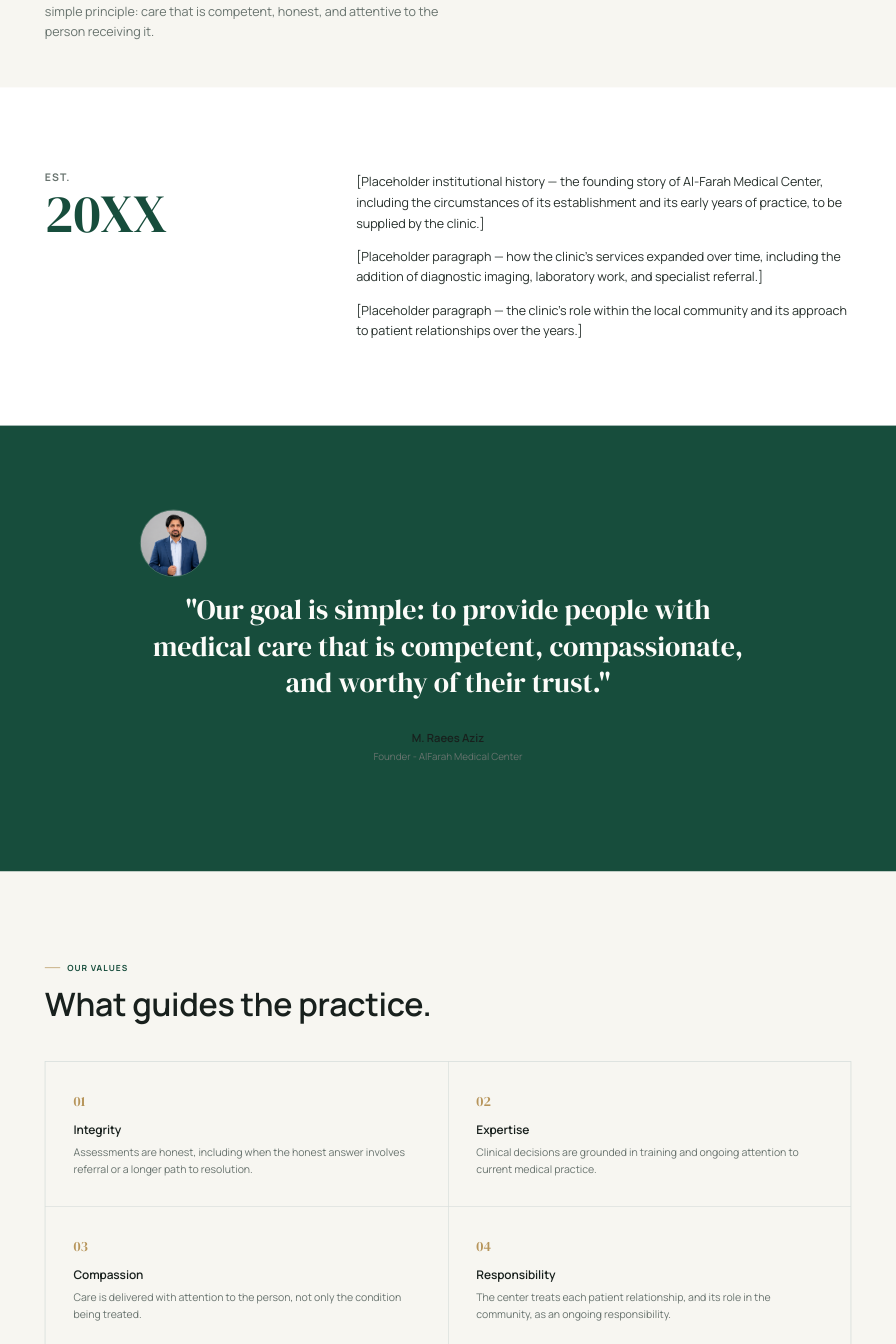
Repository: mraeesaziz45/al-farah
Page: about.html
The author's editor kept a copy of each file at every save. The page is drawn from the files as they stood at one save, then again after the next save.
The browser window is 1280 px wide. The pictures show the part of the page from y = 390 to 2310 px (the page is 4104 px tall before and 4133 px after), at 70% of full size.

Above is the page before, as saved 2026-09-19 18:36:52.

After the next save:
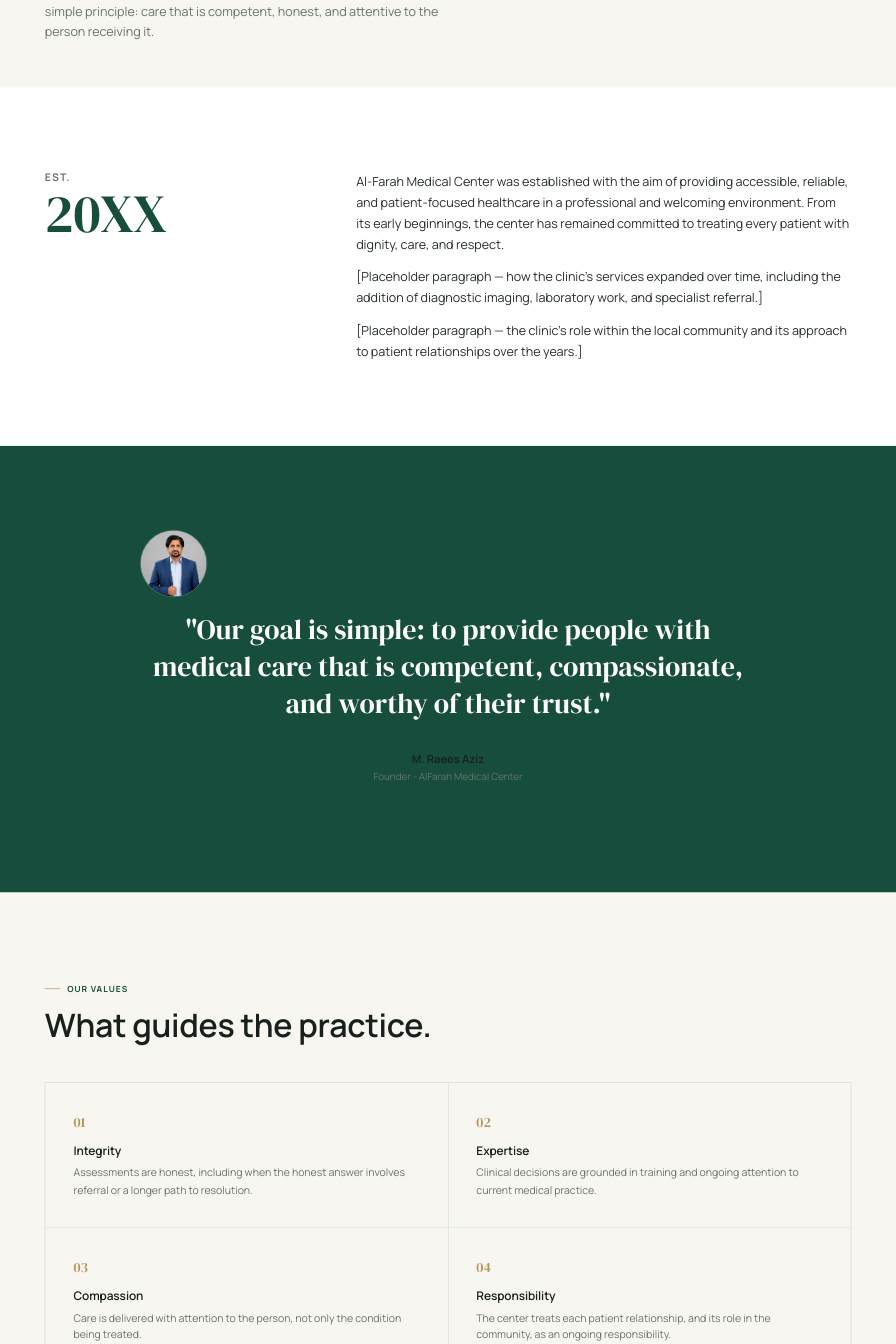
Saved 2 min 56 s later.
--- a/about.html
+++ b/about.html
@@ -75,7 +75,7 @@
         </div>
       </div>
       <div class="story-text" data-reveal>
-        <p class="body-lg">[Placeholder institutional history — the founding story of Al-Farah Medical Center, including the circumstances of its establishment and its early years of practice, to be supplied by the clinic.]</p>
+        <p class="body-lg">Al-Farah Medical Center was established with the aim of providing accessible, reliable, and patient-focused healthcare in a professional and welcoming environment. From its early beginnings, the center has remained committed to treating every patient with dignity, care, and respect.</p>
         <p class="body-lg">[Placeholder paragraph — how the clinic's services expanded over time, including the addition of diagnostic imaging, laboratory work, and specialist referral.]</p>
         <p class="body-lg">[Placeholder paragraph — the clinic's role within the local community and its approach to patient relationships over the years.]</p>
       </div>
